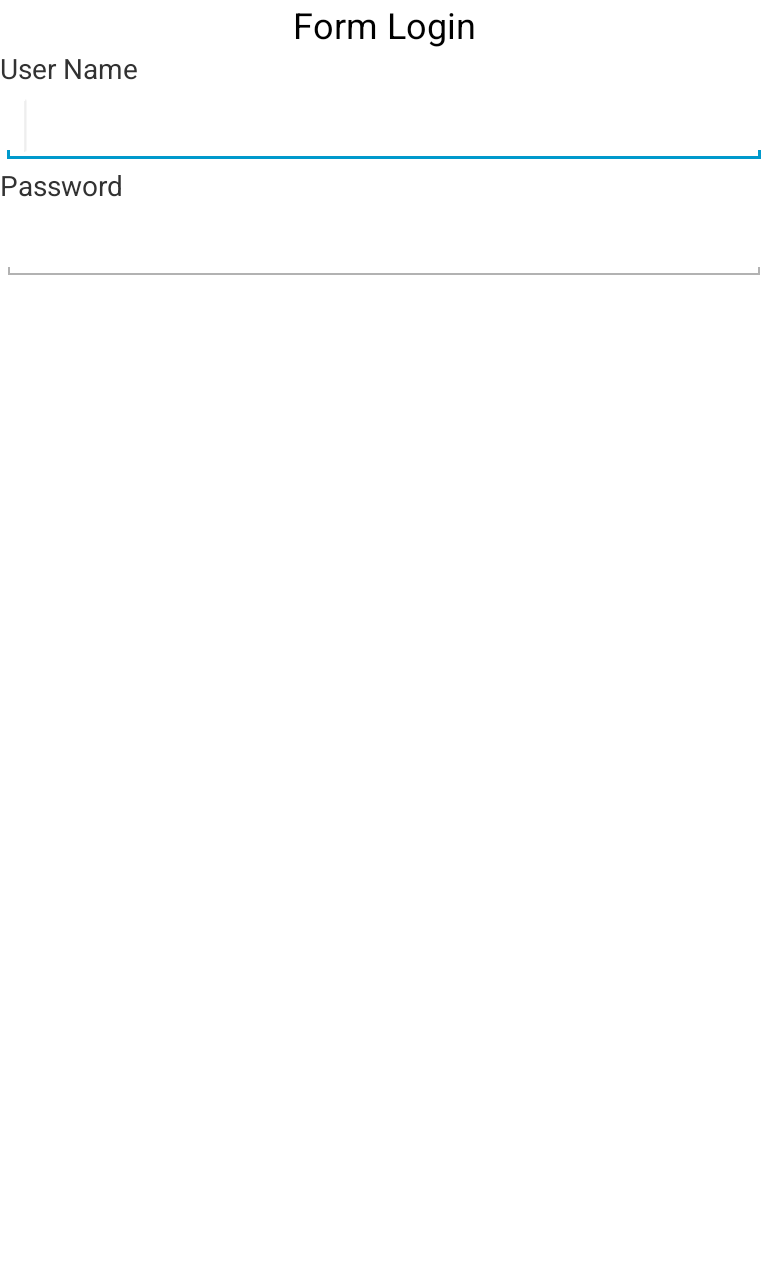
Repository: choll03/mobile_programming
Layout: MateriActivity/res/layout/activity_main.xml
An editor plug-in stored every save of this project. The layout is shown before and after the next save, followed by the edit.
It is drawn on a 768 x 1280 px phone screen (xhdpi) without system bars, with theme AppTheme; the app's code is not run.

Above is the layout before, as saved 2019-04-20 16:29:58.

### MateriActivity/res/layout/activity_main.xml
<RelativeLayout xmlns:android="http://schemas.android.com/apk/res/android"
    xmlns:tools="http://schemas.android.com/tools"
    android:layout_width="match_parent"
    android:layout_height="match_parent" >

    <LinearLayout
        android:id="@+id/linearLayout1"
        android:layout_width="wrap_content"
        android:layout_height="wrap_content"
        android:layout_alignParentLeft="true"
        android:layout_alignParentRight="true"
        android:layout_alignParentTop="true" >
        <TextView
            android:id="@+id/textView1"
            android:layout_width="match_parent"
            android:layout_height="wrap_content"
            android:gravity="center"
            android:text="Form Login"
            android:textAppearance="?android:attr/textAppearanceMedium" />
    </LinearLayout>

    <LinearLayout
        android:id="@+id/linearLayout2"
        android:layout_width="wrap_content"
        android:layout_height="wrap_content"
        android:layout_alignParentLeft="true"
        android:layout_alignParentRight="true"
        android:layout_below="@+id/linearLayout1"
        android:orientation="vertical" >
        <TextView
            android:id="@+id/textView2"
            android:layout_width="match_parent"
            android:layout_height="wrap_content"
            android:text="User Name" />
        <EditText
            android:id="@+id/userNameEditText"
            android:layout_width="match_parent"
            android:layout_height="wrap_content" >
            <requestFocus />
		</EditText>

	</LinearLayout>

    <LinearLayout
        android:id="@+id/linearLayout3"
        android:layout_width="wrap_content"
        android:layout_height="wrap_content"
        android:layout_alignParentLeft="true"
        android:layout_alignParentRight="true"
        android:layout_below="@+id/linearLayout2"
        android:orientation="vertical" >
        <TextView
            android:id="@+id/textView3"
            android:layout_width="match_parent"
            android:layout_height="wrap_content"
            android:text="Password" />
        <EditText
            android:id="@+id/passwordEditText"
            android:layout_width="match_parent"
            android:layout_height="wrap_content"
            android:inputType="textPassword" />
    </LinearLayout>

</RelativeLayout>

Loaded but not shown: MateriActivity/res/values/styles.xml (common file); MateriActivity/res/values-v11/styles.xml (common file); MateriActivity/res/values-v14/styles.xml (common file)

After the next save:
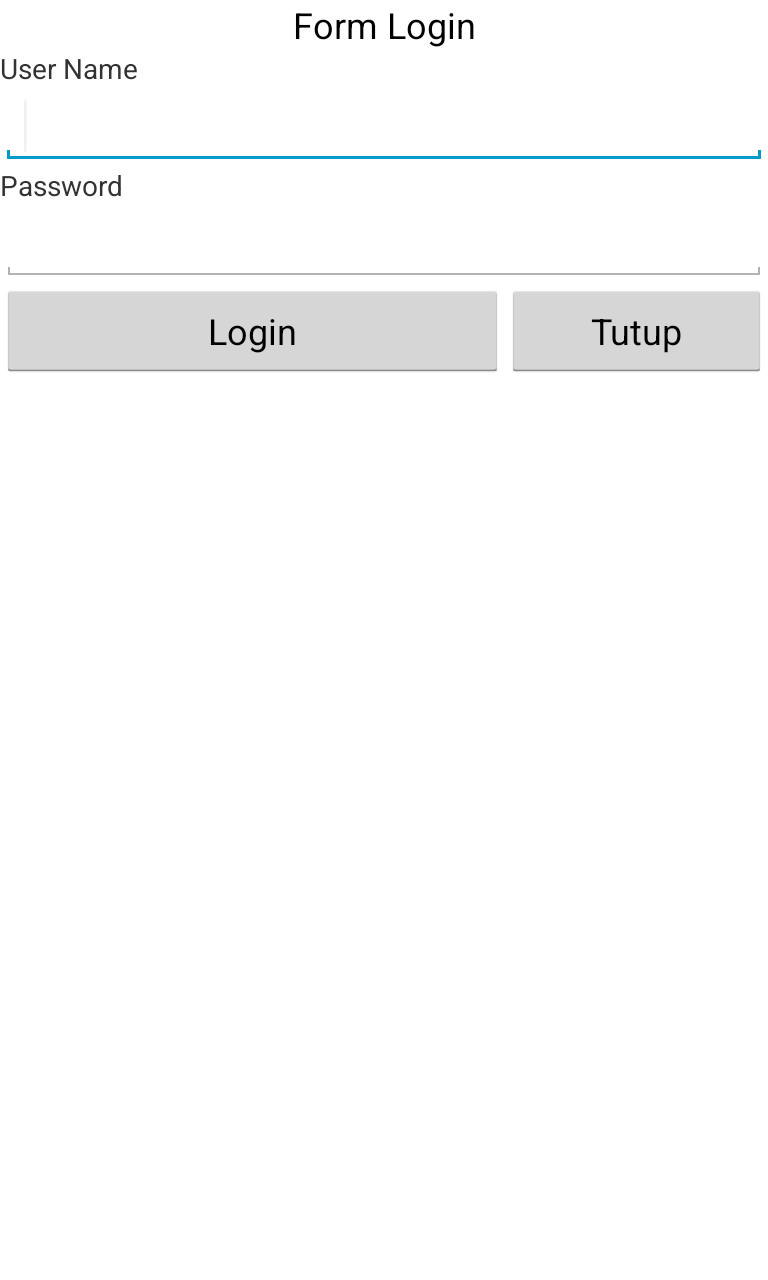
Saved 59 s later.
--- a/MateriActivity/res/layout/activity_main.xml
+++ b/MateriActivity/res/layout/activity_main.xml
@@ -61,4 +61,24 @@
             android:inputType="textPassword" />
     </LinearLayout>
 
+    <LinearLayout
+        android:layout_width="wrap_content"
+        android:layout_height="wrap_content"
+        android:layout_alignParentLeft="true"
+        android:layout_alignParentRight="true"
+        android:layout_below="@+id/linearLayout3" >
+        <Button
+            android:id="@+id/loginButton"
+            android:layout_width="wrap_content"
+            android:layout_height="wrap_content"
+            android:layout_weight="3"
+            android:text="Login" />
+        <Button
+            android:id="@+id/tutupButton"
+            android:layout_width="wrap_content"
+            android:layout_height="wrap_content"
+            android:layout_weight="1"
+            android:text="Tutup" />
+    </LinearLayout>
+
 </RelativeLayout>
